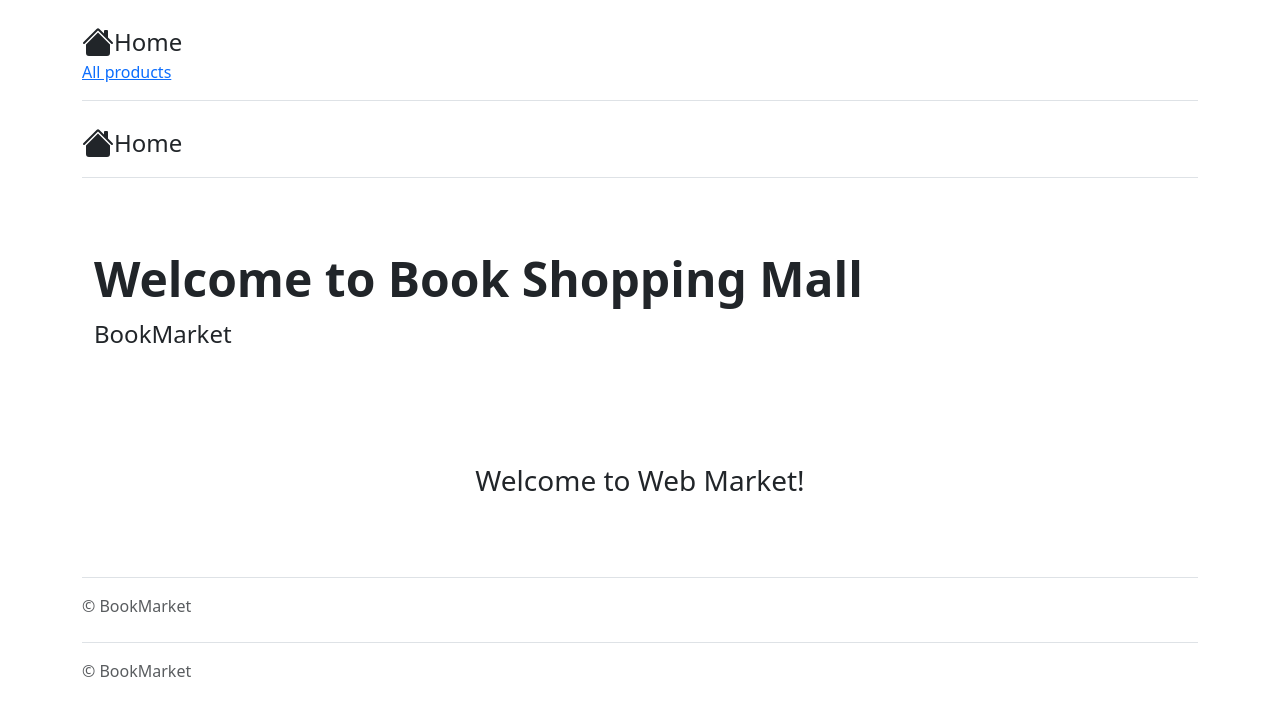
Repository: sanghyunlee7680/JSP-practice
Page: http://localhost/tmpbookmarket/
These files come from the project's save history. The page is drawn as it stood at one moment and after the next save; the edit follows.
The browser window is 1280 px wide. The pictures show the whole page.
The page is served by Tomcat 10. Other server files are loaded and not shown.

Above is the page before, as saved 2024-10-11 01:48:12.

### tmpbookmarket/src/main/webapp/welcome.jsp
<%@ page language="java" contentType="text/html; charset=UTF-8"
    pageEncoding="UTF-8"%>
<!DOCTYPE html>
<html>
<head>
<meta charset="UTF-8">
<title>Insert title here</title>
<link href="https://cdn.jsdelivr.net/npm/bootstrap@5.3.0-alpha1/dist/css/bootstrap.min.css" rel="stylesheet">
</head>
<body>
	<div class="container py-4">
		<%@ include file="menu.jsp" %>
		<header class="pb-3 mb-4 border-bottom">
			<a href="./welcome.jsp" class="d-flex align-items-center text-dark text-decoration-none">
				<svg  width="32" height="32" fill="currentColor" class="bi bi-house-fill" viewBox="0 0 16 16">
            		<path d="M8.707 1.5a1 1 0 0 0-1.414 0L.646 8.146a.5.5 0 0 0 .708.708L8 2.207l6.646 6.647a.5.5 0 0 0 .708-.708L13 5.793V2.5a.5.5 0 0 0-.5-.5h-1a.5.5 0 0 0-.5.5v1.293L8.707 1.5Z"/>
            		<path d="m8 3.293 6 6V13.5a1.5 1.5 0 0 1-1.5 1.5h-9A1.5 1.5 0 0 1 2 13.5V9.293l6-6Z"/>
        		</svg>
        		<span class="fs-4">Home</span>
			</a>
		</header>
		<%!
		String greeting = "Welcome to Book Shopping Mall";
		String tagline = "Welcome to Web Market!";
		%>
		<div class="container-fluid py-5">
			<h1 class="display-5 fw-bold"><%=greeting  %></h1>
			<p class="col-md-8 fs-4">BookMarket</p>
		</div>
		<div class="row align-items-md-stretch text-center">
			<div class="col-md-12">
				<div class="h-100 p-5">
					<h3><%=tagline  %></h3>
				</div>
			</div>
		</div>
		<footer class="pt-3 mt-4 text-body-secondary border-top">
			&copy; BookMarket
		</footer>
		<%@ include file = "footer.jsp" %>
	</div>
</body>
</html>

### tmpbookmarket/src/main/webapp/menu.jsp
 <header class="pb-3 mb-4 border-bottom">
      <a href="./welcome.jsp" class="d-flex align-items-center text-dark text-decoration-none">
      <svg  width="32" height="32" fill="currentColor" class="bi bi-house-fill" viewBox="0 0 16 16">
  			<path d="M8.707 1.5a1 1 0 0 0-1.414 0L.646 8.146a.5.5 0 0 0 .708.708L8 2.207l6.646 6.647a.5.5 0 0 0 .708-.708L13 5.793V2.5a.5.5 0 0 0-.5-.5h-1a.5.5 0 0 0-.5.5v1.293L8.707 1.5Z"/>
  			<path d="m8 3.293 6 6V13.5a1.5 1.5 0 0 1-1.5 1.5h-9A1.5 1.5 0 0 1 2 13.5V9.293l6-6Z"/>
		</svg>
        <span class="fs-4">Home</span>
      </a>
      <a href="products">All products</a>
    </header>

### tmpbookmarket/src/main/webapp/footer.jsp
 <footer class="pt-3 mt-4 text-body-secondary border-top">
      &copy; BookMarket
 </footer>

After the next save:
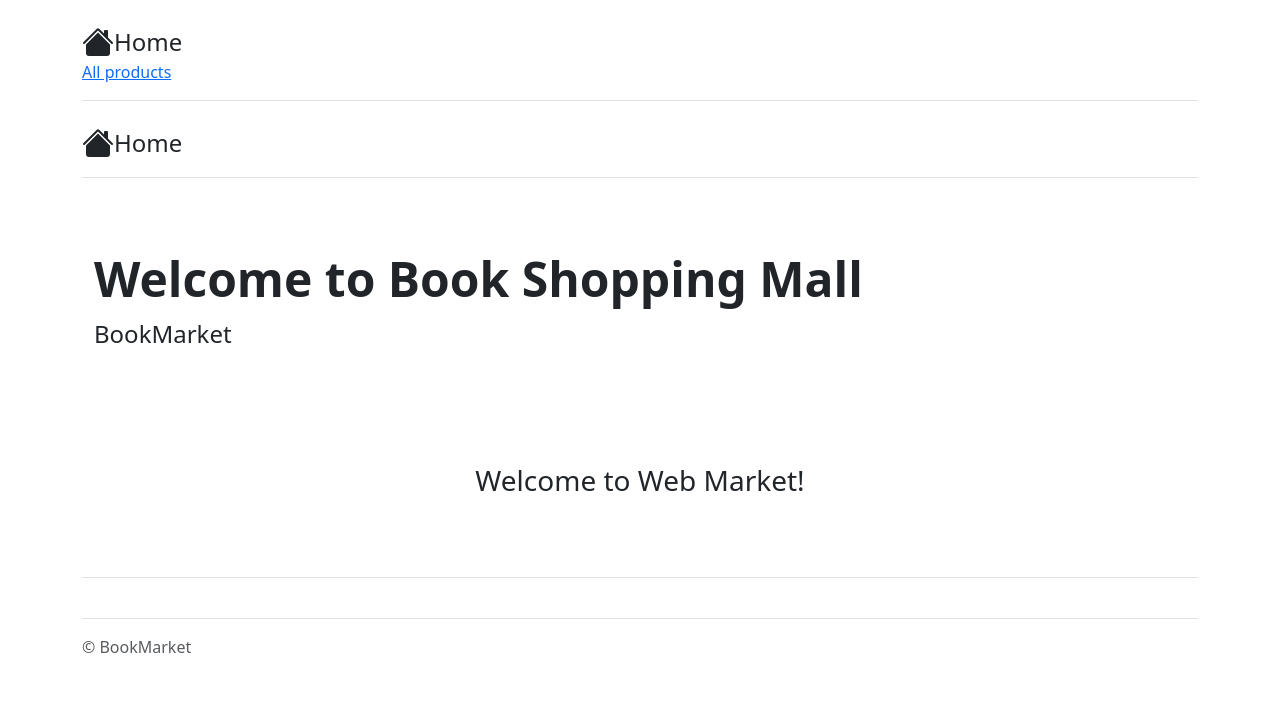
Saved 36 s later.
--- a/tmpbookmarket/src/main/webapp/welcome.jsp
+++ b/tmpbookmarket/src/main/webapp/welcome.jsp
@@ -35,9 +35,8 @@
 			</div>
 		</div>
 		<footer class="pt-3 mt-4 text-body-secondary border-top">
-			&copy; BookMarket
+			<%@ include file = "footer.jsp" %>
 		</footer>
-		<%@ include file = "footer.jsp" %>
 	</div>
 </body>
 </html>
